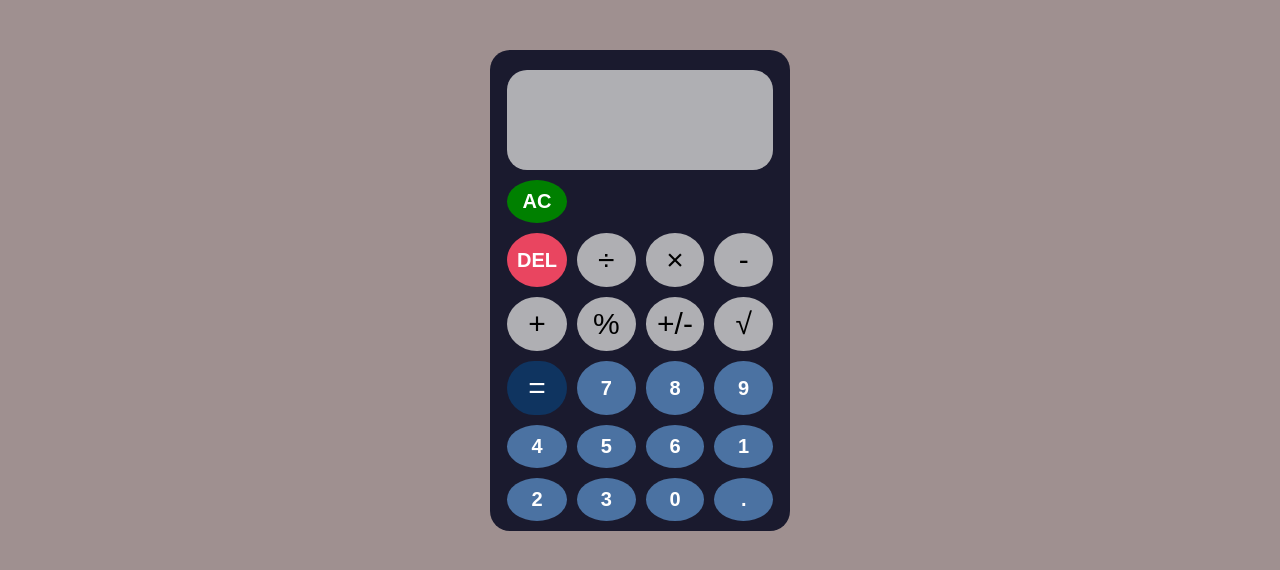
Repository: MikkyPrestige/js-calculator
Page: index.html
The author's editor kept a copy of each file at every save. The page is drawn from the files as they stood at one save, then again after the next save.
The browser window is 1280 px wide. The pictures show the whole page.

Above is the page before, as saved 2023-05-08 01:34:49.

After the next save:
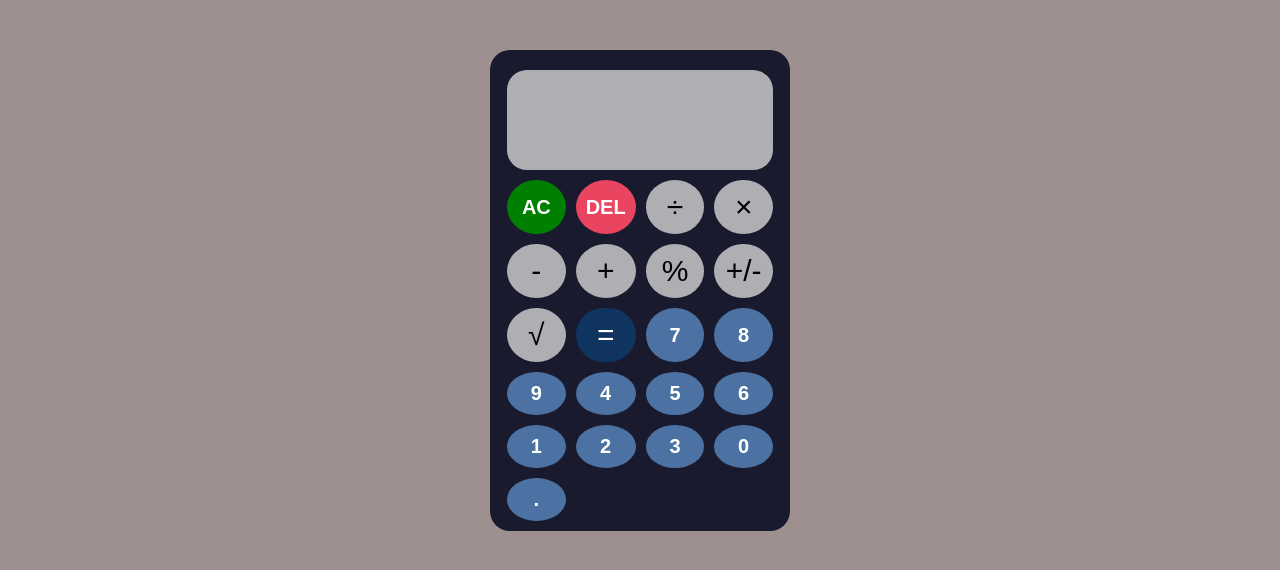
Saved 88 s later.
--- a/index.css
+++ b/index.css
@@ -78,6 +78,9 @@ main {
   display: grid;
   grid-template-columns: repeat(4, 1fr);
   grid-gap: 1rem;
+  grid-area:
+    "clear clear clear de
+  ;
   width: 95%;
   height: 100%;
 }
@@ -108,7 +111,6 @@ main {
 
 .del {
   background: #E94560;
-  grid-column: 1 / 1;
 }
 
 .op {
